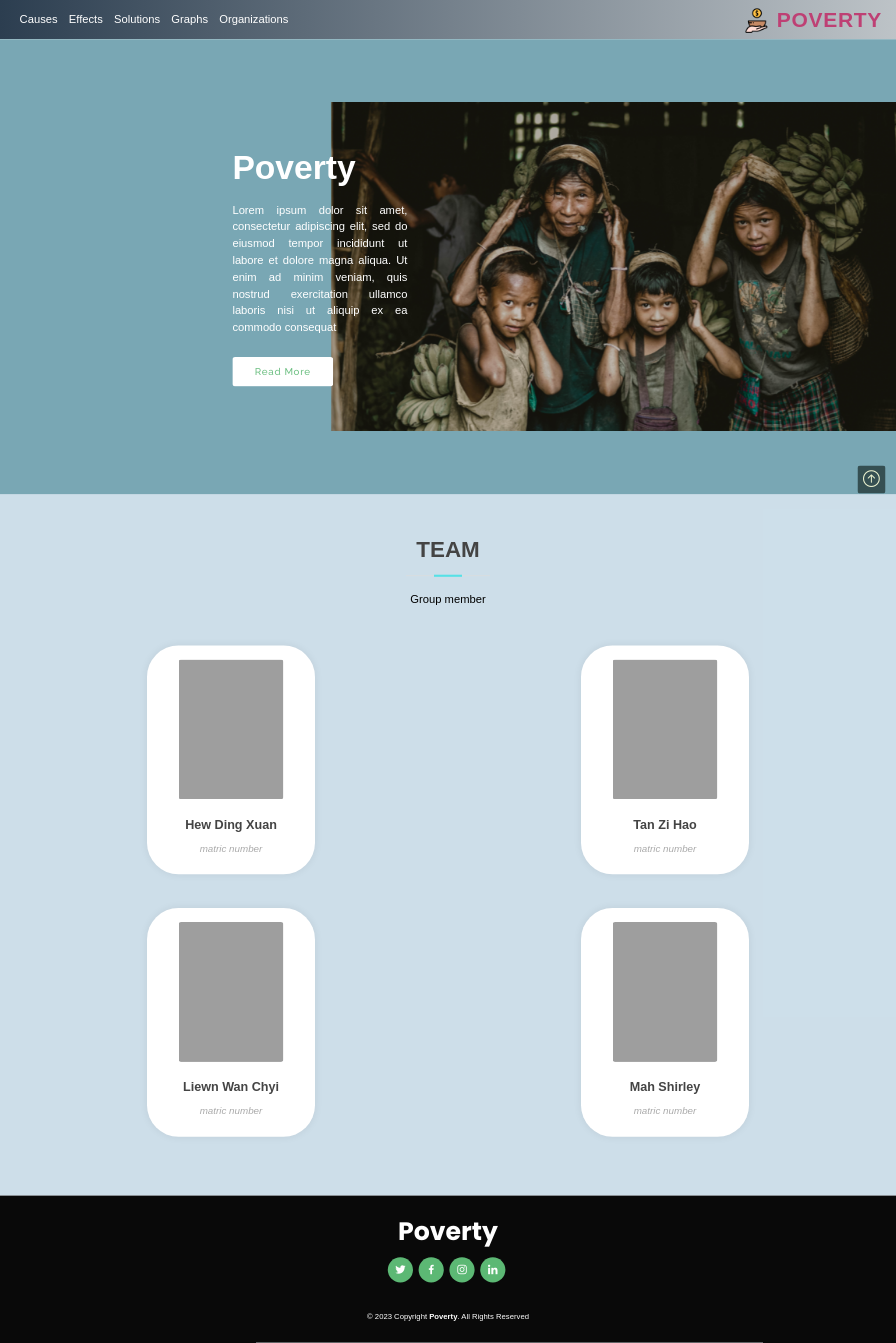
Repository: oscarhew/OSP_WIE2002
Page: index.html
An editor plug-in stored every save of this project. The page is shown before and after a run of saves, followed by the edit.
The browser window is 1280 px wide. The pictures show the whole page, at 70% of full size.
Pictures or frames that could not be fetched are drawn as grey boxes.

Above is the page before, as saved 2023-04-02 15:01:30.

### index.html
<!DOCTYPE html>
<html lang="en">
<head>
    <meta charset="UTF-8">
    <meta http-equiv="X-UA-Compatible" content="IE=edge">
    <meta name="viewport" content="width=device-width, initial-scale=1.0">
    <title>Poverty</title>

    <!-- Favicon -->
    <link href="assets/img/logo.png" rel="icon">

    <!-- Google Fonts -->
    <link
      href="https://fonts.googleapis.com/css?family=Open+Sans:300,300i,400,400i,600,600i,700,700i|Raleway:300,300i,400,400i,500,500i,600,600i,700,700i|Poppins:300,300i,400,400i,500,500i,600,600i,700,700i"
      rel="stylesheet">

    <!-- Animate.css -->
    <link href="https://cdnjs.cloudflare.com/ajax/libs/animate.css/4.1.1/animate.min.css" rel="stylesheet" />

    <!-- Bootstrap 5 -->
    <link href="https://cdn.jsdelivr.net/npm/bootstrap@5.0.2/dist/css/bootstrap.min.css" rel="stylesheet"
        integrity="sha384-EVSTQN3/azprG1Anm3QDgpJLIm9Nao0Yz1ztcQTwFspd3yD65VohhpuuCOmLASjC" crossorigin="anonymous">
    <link rel="stylesheet" href="https://cdn.jsdelivr.net/npm/bootstrap-icons@1.8.1/font/bootstrap-icons.css">

    <!-- Boxicons -->
    <link href='https://unpkg.com/boxicons@2.1.2/css/boxicons.min.css' rel='stylesheet'>

    <!-- Template Main CSS File -->
    <link href="assets/css/main.css" rel="stylesheet">
</head>

<body class="d-flex flex-column min-vh-100">
  <!-- ======= Header ======= -->
  <nav id="header" class="navbar sticky-top navbar-expand-lg navbar-dark gradient-custom bg-dark p-2">
    <div class="container-fluid">

      <div class="collapse navbar-collapse justify-content-start" id="navbarNavAltMarkup">
        <ul class="navbar-nav">
          <li class="nav-item"><a class="nav-link" href="causes.html">Causes</a></li>
          <li class="nav-item"><a class="nav-link" href="effects.html">Effects</a></li>
          <li class="nav-item"><a class="nav-link" href="solutions.html">Solutions</a></li>
          <li class="nav-item"><a class="nav-link" href="graphs.html">Graphs</a></li>
          <li class="nav-item"><a class="nav-link" href="organizations.html">Organizations</a></li>
        </ul>
      </div>
      <a class="px-1" href="index.html">
        <img src="assets/img/logo.png" alt="" width="35" height="35" class="d-inline-block align-text-top">
        <h1 class="logo"><a href="index.html">POVERTY</a></h1>
      </a>

      <button class="navbar-toggler" type="button" data-bs-toggle="collapse" data-bs-target="#navbarNavAltMarkup"
        aria-controls="navbarNavAltMarkup" aria-expanded="false" aria-label="Toggle navigation">
        <span class="navbar-toggler-icon"></span>
      </button>
    </div>
  </nav>
  <!-- End Header -->

  <div class="flex-grow-1">
    <!-- ======= Hero Section ======= -->
    <section id="hero">
      <div id="heroCarousel" data-bs-interval="5000" class="carousel slide carousel-fade" data-bs-ride="carousel">

        <ol class="carousel-indicators" id="hero-carousel-indicators"></ol>

        <div class="carousel-inner" role="listbox">

          <!-- Slide 1 -->
          <div class="carousel-item active" style="background-image: url(assets/img/slide/index_background.jpg)">
            <div class="carousel-container">
              <div class="container">
                <h2 class="animate__animated animate__fadeInDown">Poverty</h2>
                <p class="animate__animated animate__fadeInUp">

                  Lorem ipsum dolor sit amet, consectetur adipiscing elit,
                  sed do eiusmod tempor incididunt ut labore et dolore magna aliqua. Ut enim ad minim veniam, quis nostrud exercitation ullamco laboris nisi ut aliquip ex ea commodo consequat</p>

                  <a href="definition.html" class="btn-get-started animate__animated animate__fadeInUp scrollto">Read More</a>
              </div>
            </div>
          </div>

        </div>
      </div>
    </section><!-- End Hero -->

    <!-- ======= Team Section ======= -->
    <section class="team section-bg">
      <div class="container-fluid">
        <div class="section-title">
          <h2>Team</h2>
          <p >Group member</p>
        </div>
        <div class="row mx-2">
          <div class="col-lg-6 col-sm-6">
            <div class="member mx-auto my-4">
              <img src="assets/img/team/dingXuan.jpeg" class="rounded" alt="...">
              <div class="card-body">
                <h4 class="card-title">Hew Ding Xuan</h4>
                <p class="card-text">matric number</p>
              </div>
            </div>
          </div>
          <div class="col-lg-6 col-sm-6">
            <div class="member mx-auto my-4">
              <img src="assets/img/team/ziHao.jpeg" class="rounded" alt="...">
              <div class="card-body">
                <h4 class="card-title">Tan Zi Hao</h4>
                <p class="card-text">matric number</p>
              </div>
            </div>
          </div>
          <div class="col-lg-6 col-sm-6">
            <div class="member mx-auto my-4">
              <img src="assets/img/team/wanChyi.jpeg" class="rounded" alt="...">
              <div class="card-body">
                <h4 class="card-title">Liewn Wan Chyi</h4>
                <p class="card-text">matric number</p>
              </div>
            </div>
          </div>
          <div class="col-lg-6 col-sm-6">
            <div class="member mx-auto my-4">
              <img src="assets/img/team/shirley.jpeg" class="rounded" alt="...">
              <div class="card-body">
                <h4 class="card-title">Mah Shirley</h4>
                <p class="card-text">matric number</p>
              </div>
            </div>
          </div>

        </div>
      </div>
    </section>
    <!-- End Team Section -->

  </div>

  <!-- ======= Footer ======= -->
  <footer id="footer" class="mt-auto">
    <div class="container">
      <h3>Poverty</h3>
      <div class="social-links">
        <a href="#" class="twitter"><i class="bx bxl-twitter"></i></a>
        <a href="#" class="facebook"><i class="bx bxl-facebook"></i></a>
        <a href="#" class="instagram"><i class="bx bxl-instagram"></i></a>
        <a href="#" class="linkedin"><i class="bx bxl-linkedin"></i></a>
      </div>
      <div class="copyright">
        &copy; 2023 Copyright <strong><span>Poverty</span></strong>. All Rights Reserved
      </div>
    </div>
  </footer>
  <!-- End Footer -->

  <!-- Back to Top -->
  <a href="#" class="back-to-top d-flex align-items-center justify-content-center">
    <span><i class="bi bi-arrow-up-circle"></i></span>
  </a>

  <script src="https://cdn.jsdelivr.net/npm/bootstrap@5.0.2/dist/js/bootstrap.bundle.min.js"
    integrity="sha384-MrcW6ZMFYlzcLA8Nl+NtUVF0sA7MsXsP1UyJoMp4YLEuNSfAP+JcXn/tWtIaxVXM"
    crossorigin="anonymous"></script>

</body>
</html>

### assets/css/main.css
/*--------------------------------------------------------------
# General
--------------------------------------------------------------*/

body {
    overflow-x: hidden;
    font-family: "Comic Sans MS", sans-serif;
    color: #444444;
  }

  a {
    text-decoration: none;
    color: #be4074;
  }

  a:hover {
    color: #4b083d;
    text-decoration: none;
  }

  h1, h2, h3, h4, h5, h6 {
    font-family: "Bahnschrift", sans-serif;
  }

  /*--------------------------------------------------------------
  # Header
  --------------------------------------------------------------*/
  #header {
    transition: all 0.5s;
  }
  #header.header-scrolled {
    box-shadow: 0px 2px 15px rgba(0, 0, 0, 0.1);
  }
  #header .logo {
    font-size: 30px;
    margin: 0;
    padding: 0;
    line-height: 1;
    font-weight: 700;
    letter-spacing: 1px;
    text-transform: uppercase;
    color: #081d0d;
  }

  /*--------------------------------------------------------------
  # Navigation Menu
  --------------------------------------------------------------*/
  /**
  * Desktop Navigation
  */
  .gradient-custom {
    background: #c471f5;

    background: linear-gradient(to right, #2c3e50, #bdc3c7)
  }

  .navbar-dark .navbar-nav .nav-link {
    color: white;
  }

  .navbar-nav .nav-item{
    color: #5cb874 !important;
  }
  .navbar-nav .nav-item .nav-link:hover {
    color: #ff0000;
  }

  .navbar-nav .nav-item .active {
    color: #a1164b !important;
  }

  .navbar-nav .nav-item .getstarted, .navbar-nav .nav-item .getstarted:focus{
    color: #5cb874;
    padding: 8px 25px;
    margin-left: 30px;
    margin-right: 30px;
    border-radius: 4px;
    border: 2px solid #5cb874;
    transition: 0.3s;
    font-size: 14px;
  }
  .navbar-nav .nav-item .getstarted:hover, .navbar-nav .nav-item .getstarted:focus:hover {
    background: #5cb874;
    color: #3c2121;
  }

  /*--------------------------------------------------------------
# Back to top button
--------------------------------------------------------------*/
.back-to-top {
  position: fixed;
  right: 15px;
  bottom: 15px;
  z-index: 996;
  background: #354f52;
  width: 40px;
  height: 40px;
  border-radius: 4px;
  transition: all 0.4s;
  }

  .back-to-top .bi {
  font-size: 24px;
  color: #e8efcd;
  line-height: 0;
  }

  .back-to-top:hover {
  background: #e8efcd;
  color: #354f52;
  }

  .back-to-top .bi:hover{
  color: #354f35;
  }

  /*--------------------------------------------------------------
  # Hero Section
  --------------------------------------------------------------*/
  #hero {
    width: 100%;
    height: calc(100vh - 70px);
    background-color: rgba(88, 146, 162, 0.8);
    overflow: hidden;
    position: relative;
  }
  #hero .carousel, #hero .carousel-inner, #hero .carousel-item, #hero .carousel-item::before {
    background-size: contain;
    background-position: right top;
    background-repeat: no-repeat;
    position: absolute;
    top: 30px;
    right: 0;
    left: 100px;
    bottom: 30px;
  }
  #hero .carousel-item::before {
    content: "";

  }
  #hero .carousel-container {
    display: flex;
    justify-content: center;
    align-items: center;
    position: absolute;
    bottom: 0;
    top: 0;
    left: 20px;
    right: 50px;
  }
  #hero .container {
    text-align: left;
  }
  #hero h2 {
    color: #fff;
    margin-bottom: 20px;
    font-size: 48px;
    font-weight: 700;
  }
  #hero p {
    -webkit-animation-delay: 0.4s;
    animation-delay: 0.4s;
    margin: 0 auto 30px 0;
    color: #fff;
    inline-size: 250px;
    text-align: justify;
  }
  #hero .carousel-inner .carousel-item {
    transition-property: opacity;
    background-position: center top;
  }
  #hero .carousel-inner .carousel-item,
  #hero .carousel-inner .active.carousel-item-start,
  #hero .carousel-inner .active.carousel-item-end {
    opacity: 0;
  }
  #hero .carousel-inner .active,
  #hero .carousel-inner .carousel-item-next.carousel-item-start,
  #hero .carousel-inner .carousel-item-prev.carousel-item-end {
    opacity: 1;
    transition: 0.5s;
  }
  #hero .carousel-control-next-icon, #hero .carousel-control-prev-icon {
    background: none;
    font-size: 30px;
    line-height: 0;
    width: auto;
    height: auto;
    background: rgba(255, 255, 255, 0.2);
    border-radius: 50px;
    transition: 0.3s;
    color: rgba(255, 255, 255, 0.5);
    width: 54px;
    height: 54px;
    display: flex;
    align-items: center;
    justify-content: center;
  }
  #hero .carousel-control-next-icon:hover, #hero .carousel-control-prev-icon:hover {
    background: rgba(255, 255, 255, 0.3);
    color: rgba(255, 255, 255, 0.8);
  }
  #hero .carousel-indicators li {
    cursor: pointer;
    background: #fff;
    overflow: hidden;
    border: 0;
    width: 12px;
    height: 12px;
    border-radius: 50px;
    opacity: 0.6;
    transition: 0.3s;
  }
  #hero .carousel-indicators li.active {
    opacity: 1;
    background: #5cb874;
  }
  #hero .btn-get-started {
    font-family: "Raleway", sans-serif;
    font-weight: 500;
    font-size: 14px;
    letter-spacing: 1px;
    display: inline-block;
    padding: 14px 32px;
    border-radius: 4px;
    transition: 0.5s;
    line-height: 1;
    color: #6ec083;
    -webkit-animation-delay: 0.8s;
    animation-delay: 0.8s;
    background: #ffffff;
  }
  #hero .btn-get-started:hover {
    background: #ffffff;
  }
  @media (max-width: 992px) {
    #hero {
      height: 100vh;
    }
    #hero .carousel-container {
      top: 66px;
    }
  }
  @media (max-width: 768px) {
    #hero h2 {
      font-size: 28px;
    }
  }
  @media (min-width: 1024px) {
    #hero .carousel-control-prev, #hero .carousel-control-next {
      width: 5%;
    }
  }
  @media (max-height: 500px) {
    #hero {
      height: 120vh;
    }
  }


  /*--------------------------------------------------------------
  # Why Us
  --------------------------------------------------------------*/
  .why-us {
    padding: 0;
  }
  .why-us .row {
    overflow: hidden;
  }
  .why-us .content-item {
    padding: 40px;
    border-left: 1px solid #eee;
    border-bottom: 1px solid #eee;
    margin: -1px;
  }
  .why-us .content-item span {
    display: block;
    font-size: 24px;
    font-weight: 400;
    color: #6ec083;
  }
  .why-us .content-item h4 {
    font-size: 26px;
    font-weight: 300;
    padding: 0;
    margin: 20px 0;
  }
  .why-us .content-item p {
    color: #aaaaaa;
    font-size: 15px;
    margin: 0;
    padding: 0;
  }
  @media (max-width: 768px) {
    .why-us .content-item {
      padding: 40px 0;
    }
  }

  /*--------------------------------------------------------------
  # About Us
  --------------------------------------------------------------*/
  .about .content h3 {
    font-weight: 700;
    font-size: 28px;
  }
  .about .content ul {
    list-style: none;
    padding: 0;
  }
  .about .content ul li {
    padding-bottom: 10px;
  }
  .about .content ul i {
    font-size: 20px;
    padding-right: 4px;
    color: #5cb874;
  }
  .about .content p:last-child {
    margin-bottom: 0;
  }

  /*--------------------------------------------------------------
  # Portfolio
  --------------------------------------------------------------*/
  .portfolio{
    margin-bottom: 80px;
  }
  .portfolio .portfolio-item {
    margin-bottom: 30px;
  }
  .portfolio #portfolio-flters {
    padding: 0;
    margin: 0 auto 20px auto;
    list-style: none;
    text-align: center;
  }
  .portfolio #portfolio-flters li {
    cursor: pointer;
    display: inline-block;
    padding: 8px 15px 10px 15px;
    font-size: 14px;
    font-weight: 600;
    line-height: 1;
    text-transform: uppercase;
    color: #444444;
    margin-bottom: 5px;
    transition: all 0.3s ease-in-out;
    border-radius: 3px;
  }
  .portfolio #portfolio-flters li:hover, .portfolio #portfolio-flters li.filter-active {
    color: #fff;
    background: #5cb874;
  }
  .portfolio #portfolio-flters li:last-child {
    margin-right: 0;
  }
  .portfolio .portfolio-wrap {
    transition: 0.3s;
    position: relative;
    overflow: hidden;
    z-index: 1;
    background: rgba(34, 34, 34, 0.6);
  }
  .portfolio .portfolio-wrap::before {
    content: "";
    background: rgba(34, 34, 34, 0.6);
    position: absolute;
    left: 0;
    right: 0;
    top: 0;
    bottom: 0;
    transition: all ease-in-out 0.3s;
    z-index: 2;
    opacity: 0;
  }
  .portfolio .portfolio-wrap img {
    transition: all ease-in-out 0.3s;
  }
  .portfolio .portfolio-wrap .portfolio-info {
    opacity: 0;
    position: absolute;
    top: 0;
    left: 0;
    right: 0;
    bottom: 0;
    z-index: 3;
    transition: all ease-in-out 0.3s;
    display: flex;
    flex-direction: column;
    justify-content: flex-end;
    align-items: flex-start;
    padding: 20px;
  }
  .portfolio .portfolio-wrap .portfolio-info h4 {
    font-size: 20px;
    color: #fff;
    font-weight: 600;
  }
  .portfolio .portfolio-wrap .portfolio-info p {
    color: rgba(255, 255, 255, 0.7);
    font-size: 14px;
    text-transform: uppercase;
    padding: 0;
    margin: 0;
    font-style: italic;
  }
  .portfolio .portfolio-wrap .portfolio-links {
    text-align: center;
    z-index: 4;
  }
  .portfolio .portfolio-wrap .portfolio-links a {
    color: #fff;
    margin: 0 5px 0 0;
    font-size: 28px;
    display: inline-block;
    transition: 0.3s;
  }
  .portfolio .portfolio-wrap .portfolio-links a:hover {
    color: #6ec083;
  }
  .portfolio .portfolio-wrap:hover::before {
    opacity: 1;
  }
  .portfolio .portfolio-wrap:hover img {
    transform: scale(1.2);
  }
  .portfolio .portfolio-wrap:hover .portfolio-info {
    opacity: 1;
  }

  /*--------------------------------------------------------------
  # Portfolio Details
  --------------------------------------------------------------*/
  .portfolio-details {
    padding-top: 40px;
  }
  .portfolio-details .portfolio-details-slider img {
    width: 100%;
  }
  .portfolio-details .portfolio-details-slider .swiper-pagination {
    margin-top: 20px;
    position: relative;
  }
  .portfolio-details .portfolio-details-slider .swiper-pagination .swiper-pagination-bullet {
    width: 12px;
    height: 12px;
    background-color: #fff;
    opacity: 1;
    border: 1px solid #5cb874;
  }
  .portfolio-details .portfolio-details-slider .swiper-pagination .swiper-pagination-bullet-active {
    background-color: #5cb874;
  }
  .portfolio-details .portfolio-info {
    padding: 30px;
    box-shadow: 0px 0 30px rgba(34, 34, 34, 0.08);
  }
  .portfolio-details .portfolio-info h3 {
    font-size: 22px;
    font-weight: 700;
    margin-bottom: 20px;
    padding-bottom: 20px;
    border-bottom: 1px solid #eee;
  }
  .portfolio-details .portfolio-info ul {
    list-style: none;
    padding: 0;
    font-size: 15px;
  }
  .portfolio-details .portfolio-info ul li + li {
    margin-top: 10px;
  }
  .portfolio-details .portfolio-description {
    padding-top: 30px;
  }
  .portfolio-details .portfolio-description h2 {
    font-size: 26px;
    font-weight: 700;
    margin-bottom: 20px;
  }
  .portfolio-details .portfolio-description p {
    padding: 0;
  }


  /*--------------------------------------------------------------
  # Sections General
  --------------------------------------------------------------*/
  section {
    padding: 60px 0;
  }

  .section-bg {
    background-color: #c9dce8ec;
  }

  .section-title {
    text-align: center;
    padding-bottom: 30px;
  }

  .section-title .image-center{
    display: block;
    margin-left: auto;
    margin-right: auto;
  }

  .section-title h2 {
    font-size: 32px;
    font-weight: bold;
    text-transform: uppercase;
    margin-bottom: 20px;
    padding-bottom: 20px;
    position: relative;
  }
  .section-title h2::before {
    content: "";
    position: absolute;
    display: block;
    width: 120px;
    height: 1px;
    background: #ddd;
    bottom: 1px;
    left: calc(50% - 60px);
    font-size: 20px;
  }
  .section-title h2::after {
    content: "";
    position: absolute;
    display: block;
    width: 40px;
    height: 3px;
    background: #56e1e6;
    bottom: 0;
    left: calc(50% - 20px);
  }
  .section-title p {
    margin-bottom: 0;
    font-size: 16px;
    color: #000000;
  }

  .section-title .italic {
    font-size: 10px;
  }

  /*--------------------------------------------------------------
  # Team
  --------------------------------------------------------------*/

  .team .member {
    text-align: center;
    margin-bottom: 30px;
    box-shadow: 0px 0px 12px 0px rgba(34, 34, 34, 0.07);
    padding: 10px 20px;
    width: 15rem;
    background: #fff;
    border-radius: 45px;
  }
  .team .member img {
    width: 150px;
    height: 200px;
    margin: 10px 0 10px 0;
  }
  .team .member h4 {
    font-weight: 700;
    margin-bottom: 2px;
    font-size: 18px;
  }
  .team .member p {
    padding-top: 10px;
    font-size: 14px;
    font-style: italic;
    color: #aaaaaa;
  }

  /*--------------------------------------------------------------
  # Footer
  --------------------------------------------------------------*/
  #footer {
    background: #090909;
    color: #fff;
    font-size: 14px;
    text-align: center;
    padding: 30px 0;
  }
  #footer h3 {
    font-size: 36px;
    font-weight: 700;
    color: #fff;
    position: relative;
    font-family: "Poppins", sans-serif;
    padding: 0;
    margin: 0 0 15px 0;
  }
  #footer p {
    font-size: 15;
    font-style: italic;
    padding: 0;
    margin: 0 0 40px 0;
  }
  #footer .social-links {
    margin: 0 0 40px 0;
  }
  #footer .social-links a {
    font-size: 18px;
    display: inline-block;
    background: #5cb874;
    color: #fff;
    line-height: 1;
    padding: 8px 0;
    margin-right: 4px;
    border-radius: 50%;
    text-align: center;
    width: 36px;
    height: 36px;
    transition: 0.3s;
  }
  #footer .social-links a:hover {
    background: #449d5b;
    color: #fff;
    text-decoration: none;
  }
  #footer .copyright {
    margin: 0;
    font-size: 11px;
    vertical-align: baseline;
  }

After the next 2 saves:
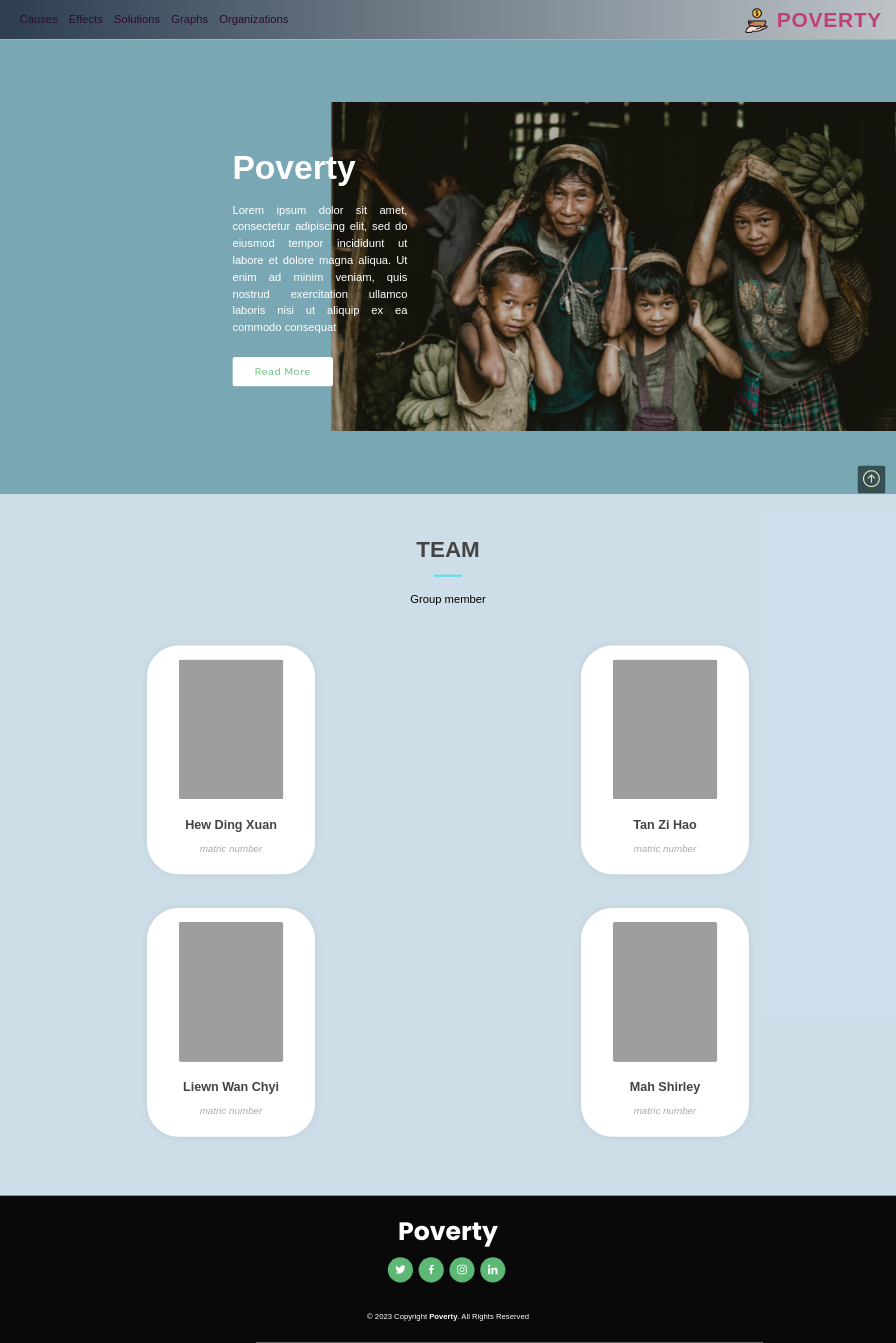
The 2 saves are shown as one change because they came seconds apart.
The last was saved 61 s later.
--- a/assets/css/main.css
+++ b/assets/css/main.css
@@ -55,7 +55,7 @@ body {
   }
 
   .navbar-dark .navbar-nav .nav-link {
-    color: white;
+    color: #310A31;
   }
 
   .navbar-nav .nav-item{
